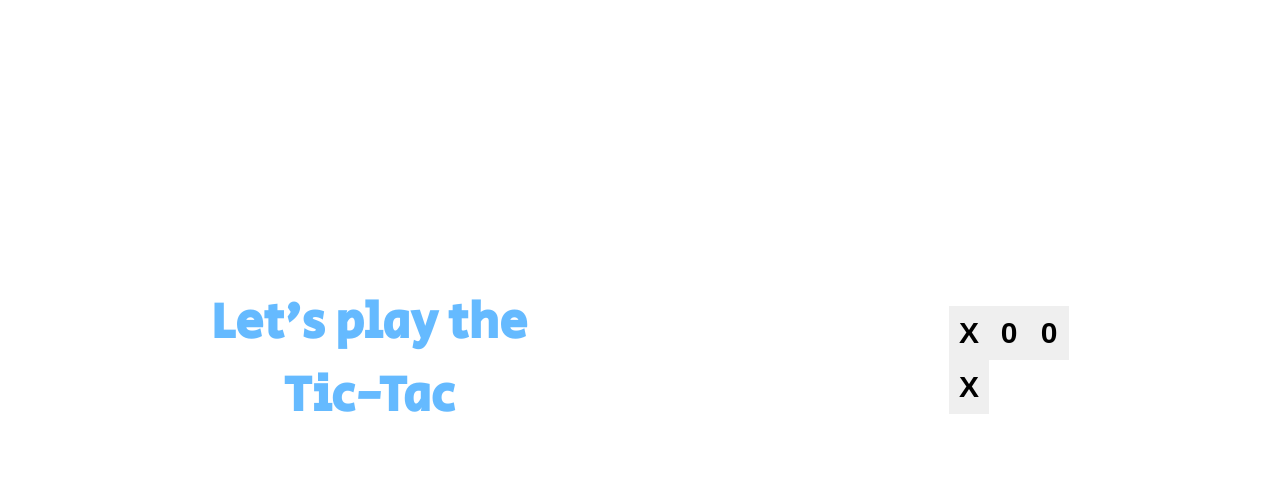
Repository: evergreenx/tic-tac
Page: /
These files come from the project's save history. The page is drawn as it stood at one moment and after a run of saves; the edit follows.
The browser window is 1280 px wide. The pictures show the whole page.
The project was rebuilt for these pictures with package versions that can differ from the ones it lists, and the page was loaded fresh each time.

Above is the page before, as saved 2022-04-20 16:52:33.

### src/index.css
@import url('https://fonts.googleapis.com/css2?family=Anton&family=Secular+One&display=swap');



*{
    margin: 0;
    padding: 0;
    box-sizing: border-box;
}

body {

font-family: 'Secular One', sans-serif
}

.App {
  display: flex;
  flex-direction: row;
  align-items: center;
  justify-content: space-around;
  height: 100vh;
}
.heading {
  color:#008cff9a;
  font-size:50px;

}

@media (max-width: 768px) {
  .App {
    flex-direction: column;
  }
}

### src/App.js
import logo from "./logo.svg";
import "./App.css";
import Board from "./components/Board/Index";

function App() {
  return (
    <div className="App">
      <h1 className="heading">
        Let's play the <br /> Tic-Tac
      </h1>

      <Board />
    </div>
  );
}

export default App;

### src/components/Board/Index.js
import React from "react";
import "./Board.scss";

function index() {
  return (
    <div className="board">
      <button>X</button>

      <button>0</button>

      <button>0</button>

      <button>X</button>
    </div>
  );
}

export default index;

### src/components/Board/Board.scss


.board {


    display: grid;
    grid-template-columns: 1fr 1fr 1fr;


    button {
        font-size:30px ; font-weight: 800;
        padding:10px;
        border:none ;
        cursor: pointer;

    }
}

Loaded but not shown: public/index.html (common file); src/index.js (common file); src/reportWebVitals.js (common file); src/App.css (common file)

After the next 2 saves:
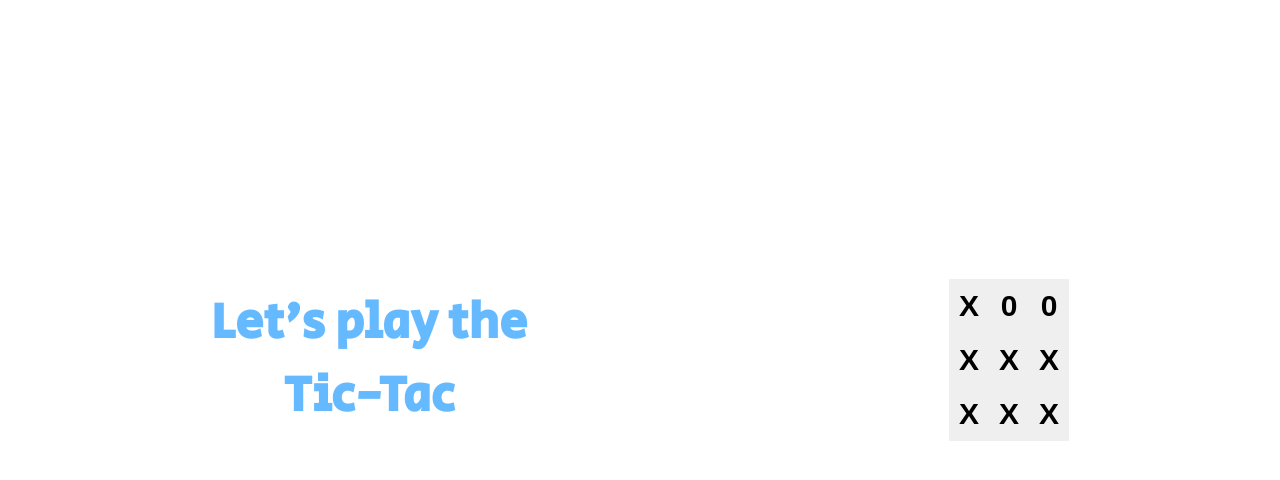
The 2 saves are shown as one change because they came seconds apart.
The last was saved 11 s later.
--- a/src/components/Board/Index.js
+++ b/src/components/Board/Index.js
@@ -11,6 +11,11 @@ function index() {
       <button>0</button>
 
       <button>X</button>
+      <button>X</button>
+      <button>X</button>
+      <button>X</button>
+      <button>X</button>
+      <button>X</button>
     </div>
   );
 }
